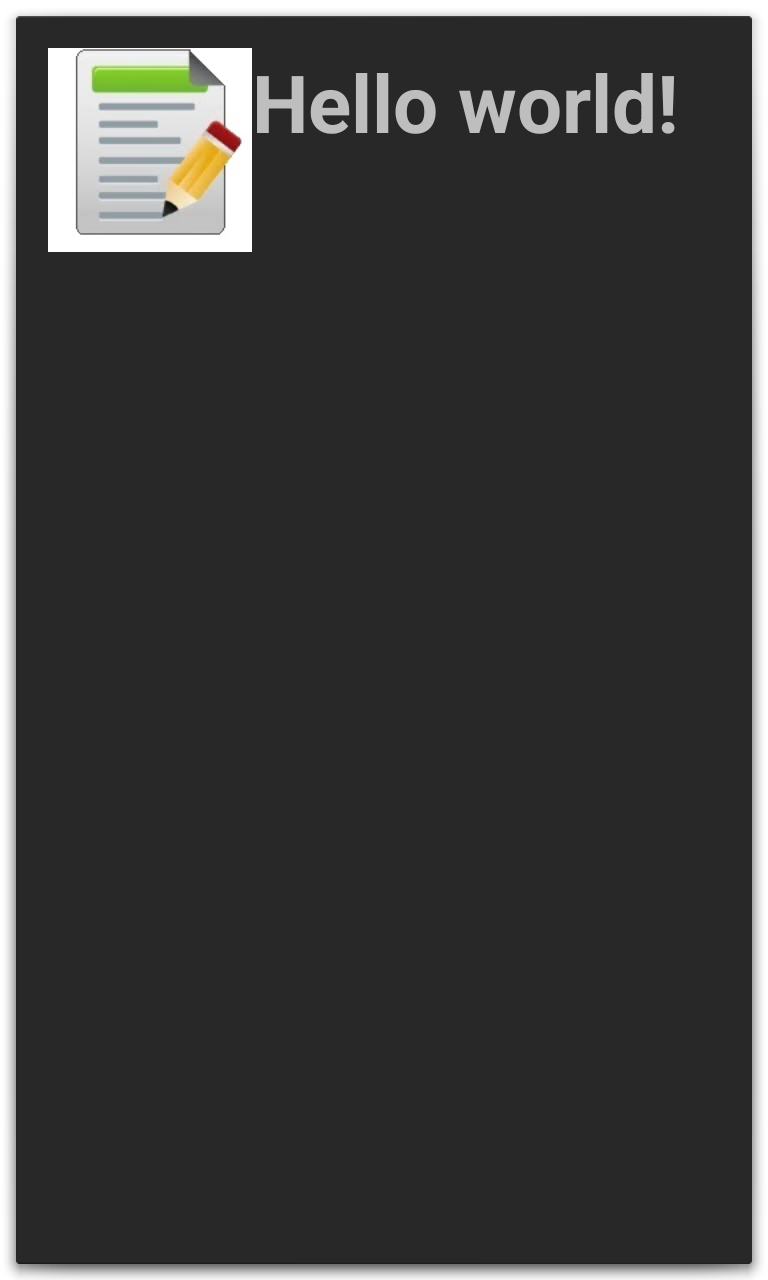
Repository: iptomar/letrinhas_documentacao
Layout: Letrinhas/APP/Prototipos/Letrinhas05/res/layout/resumo_submissoes.xml
These files come from the project's save history. The layout is drawn as it stood at one moment and after the next save; the edit follows.
It is drawn on a 768 x 1280 px phone screen (xhdpi) without system bars, with theme android:Theme.Holo.Dialog.NoActionBar; the app's code is not run.

Above is the layout before, as saved 2014-05-19 10:02:42.

### Letrinhas/APP/Prototipos/Letrinhas05/res/layout/resumo_submissoes.xml
<RelativeLayout xmlns:android="http://schemas.android.com/apk/res/android"
    xmlns:tools="http://schemas.android.com/tools"
    android:id="@+id/resSub"
    android:layout_width="match_parent"
    android:layout_height="match_parent"
    android:paddingBottom="@dimen/activity_vertical_margin"
    android:paddingLeft="@dimen/activity_horizontal_margin"
    android:paddingRight="@dimen/activity_horizontal_margin"
    android:paddingTop="@dimen/activity_vertical_margin"
    tools:context="com.letrinhas05.ResumoSubmissoes$PlaceholderFragment" >

    <TextView
        android:id="@+id/rSCabecalho"
        android:layout_width="wrap_content"
        android:layout_height="wrap_content"
        android:drawableLeft="@drawable/index"
        android:text="@string/hello_world"
        android:textSize="40sp"
        android:textStyle="bold" />

</RelativeLayout>

### Letrinhas/APP/Prototipos/Letrinhas05/res/values-sw600dp/dimens.xml
<resources>

    <!--
         Customize dimensions originally defined in res/values/dimens.xml (such as
         screen margins) for sw600dp devices (e.g. 7" tablets) here.
    -->
	<dimen name="activity_horizontal_margin">70dp</dimen>

</resources>

### Letrinhas/APP/Prototipos/Letrinhas05/res/values/strings.xml
<?xml version="1.0" encoding="utf-8"?>
<resources>

    <string name="app_name">Letrinhas05</string>
    <string name="entrar">Entrar</string>
    <string name="letrinhas">Letrinhas 0.5 </string>
    <string name="Recording">A gravar</string>
    <string name="start">Começar</string>
    <string name="stop">Parar</string>
    <string name="play">Ouvir</string>
    <string name="title_item_list">Items</string>
    <string name="title_item_detail">Item Detail</string>
    <string name="title_activity_escolhe_teste">Escolher Teste</string>
    <string name="action_settings">Settings</string>
    <string name="sair">sair</string>
    <string name="voltar">voltar</string>
    <string name="teste">Teste</string>
    <string name="title_activity_esc_modo">Escolher Modo do teste</string>
    <string name="escolhe_Modo">Escolher o Modo do teste a realizar</string>
    <string name="porAluno">Por Aluno</string>
    <string name="porProf">Por Professor</string>
    <string name="title_activity_leitura_texto">Leitura de Textos</string>
    <string name="title_activity_leitura_palavras">Leitura de Palavras</string>
    <string name="concetList">ConectList</string>
    <string name="title_activity_texto">Teste de texto</string>
    <string name="title_activity_teste_texto">Teste de texto</string>
    <string name="title_activity_teste__imagem">Teste de imagens</string>
    <string name="title_activity_teste__palavras">Teste de palavras</string>
    <string name="title_activity_teste__poema">Teste de poema</string>
    <string name="login_title">Login Screen</string>
    <string name="username">Username</string>
    <string name="password">Password</string>
    <string name="login">Login</string>
    <string name="title_activity_autenticacao">Autenticacao</string>
    <string name="min"></string>
    <string name="sec"></string>
    <string name="vacilar">Vacilações</string>
    <string name="fragment">Fragmentações</string>
    <string name="silabac">Silabações</string>
    <string name="repeti">Repetições</string>
    <string name="exepriment">experiência</string>
    <string name="menos">menos</string>
    <string name="mais">mais</string>
    <string name="espaco">"                        "</string>
    <string name="numer">20</string>
    <string name="pErrada">P. Erradas:</string>
    <string name="btnback">Voltar</string>
    <string name="title_activity_all__tests">Todos os Testes</string>
    <string name="btnMainAllTest">Todos os Testes</string>
    <string name="btnMainSendResult">Criar e enviar Resultado de Teste</string>
    <string name="btnSendResult">Enviar Resultado</string>
    <string name="title_activity_send__result_test">Enviar Resultado de Teste</string>
    <string name="lb_mainIpServidor">IP do Servidor:</string>
    <string name="mainPorta">Porta:</string>
    <string name="title_activity_receber_imagem">ReceberImagem</string>
    <string name="btnReceberImagem">Ver imagem da BD Profs</string>
    <string name="title_activity_reprod_audio">ReprodAudio</string>
    <string name="title_activity_main_bd">MainBD</string>
    <string name="pontErrada">Pontuação</string>
    <string name="PalavraErrada">Palavra Errada</string>
    <string name="CancelarSeleccao">Cancelar Seleccao</string>
    <string name="title_activity_resultado">Resultado</string>
    <string name="resultado">Resultado do teste</string>
    <string name="avancar">Avançar</string>
    <string name="act_BD">Atualizar a Base de Dados</string>
    <string name="title_activity_escolhe_escola">Escolher Escola</string>
    <string name="escola">escola</string>
    <string name="title_activity_escolhe_disciplina">Escolher disciplina</string>
    <string name="ano">ano</string>
    <string name="title_activity_escolhe_aluno">Escolher Aluno</string>
    <string name="aluno">Aluno</string>
    <string name="title_activity_escolhe_professor">Escolher Professor</string>
    <string name="professor">Professor</string>
    <string name="nomeTeste">Nome do teste</string>
    <string name="tempoLeitura">Tempo de leitura</string>
    <string name="expressividade">Expressividade</string>
    <string name="ritmo">Ritmo</string>
    <string name="nota">Nota</string>
    <string name="perguntaImagem">perguntaImagem</string>
    <string name="title_activity_custom">Custom</string>
    <string name="portugues">Português</string>
    <string name="ingles">Inglês</string>
    <string name="estMeio">Estudo do meio</string>
    <string name="matematica">Matemática</string>
    <string name="escolheDisciplina">Escolhe a disciplina</string>
    <string name="agrupamento">Agrupamento Artur Gonçalves</string>
    <string name="escProfessor">Escolher professor</string>
    <string name="title_activity_escolhe_turma">Escolher Turma</string>
    <string name="hello_world">Hello world!</string>
    <string name="escolherTurma">Escolher Turma</string>
    <string name="escolherAluno">Escolher Aluno</string>
    <string name="escolherModo">Escolher modo</string>
    <string name="realizarTeste">Realizar teste(s)</string>
    <string name="corrigirTeste">Corrigir teste(s)</string>
    <string name="title_activity_escolhe_tipo_teste">Escolher Tipo de Teste</string>
    <string name="escolheTipoTeste">Escolher Tipo de Teste</string>
    <string name="demo">Demo</string>
    <string name="iniciar">Iniciar</string>
    <string name="ExemploTexto">Alfabetização\n
        A alfabetização consiste no aprendizado do alfabeto e de sua utilização como código de comunicação. De um modo mais abrangente, a alfabetização é definida como um processo no qual o indivíduo constrói a gramática e em suas variações. Esse processo não se resume apenas na aquisição dessas habilidades mecânicas (codificação e decodificação) do acto de ler, mas na capacidade de interpretar, compreender, criticar, resignificar e produzir conhecimento.1 Todas essas capacidades citadas anteriormente só serão concretizadas se os alunos tiverem acesso a todos os tipos de portadores de textos. O aluno precisa encontrar os usos sociais da leitura e da escrita.2 A alfabetização envolve também o desenvolvimento de novas formas de compreensão e uso da linguagem de uma maneira geral.\n
        A alfabetização de um indivíduo promove sua socialização, já que possibilita o estabelecimento de novos tipos de trocas simbólicas com outros indivíduos, acesso a bens culturais e a facilidades oferecidas pelas instituições sociais. A alfabetização é um fator propulsor do exercício consciente da cidadania e do desenvolvimento da sociedade como um todo.\n
        A incapacidade de ler e escrever é denominada analfabetismo, enquanto que a incapacidade de interpretar textos simples é chamada analfabetismo funcional ou semianalfabetismo.</string>
    <string name="ExemploPoema">    Ó lua que vais tão alta,\n
Redonda como um tamanco!\n
Ó Maria, traz cá a escada,\n
Que eu não chego lá com um banco.\n
\n
A minha mãe fez um bolo de alfazema.\n
Pedi-lhe uma fatia, e ela deu-ma!\n
\n
Da minha casa à tua\n
vai uma grande distância,\n
Cuidado pelo caminho, \n
não vás escorregar numa casaca de melância!\n
\n
 o meu nome é dionísio\n
pediram-me para fazer um poema, e fízi-o.\n
</string>
    <string name="title_activity_listar_submissoes">Listar Submissoes</string>
    <string name="corrigirSubmisoes">Escolher testes a corrigir</string>
    <string name="cancel">cancelar</string>
    <string name="title_activity_resumo_submissoes">Resumo Submissoes</string>

</resources>

Loaded but not shown: Letrinhas/APP/Prototipos/Letrinhas05/res/values/dimens.xml (common file); Letrinhas/APP/Prototipos/Letrinhas05/res/values-w820dp/dimens.xml (common file)

After the next save:
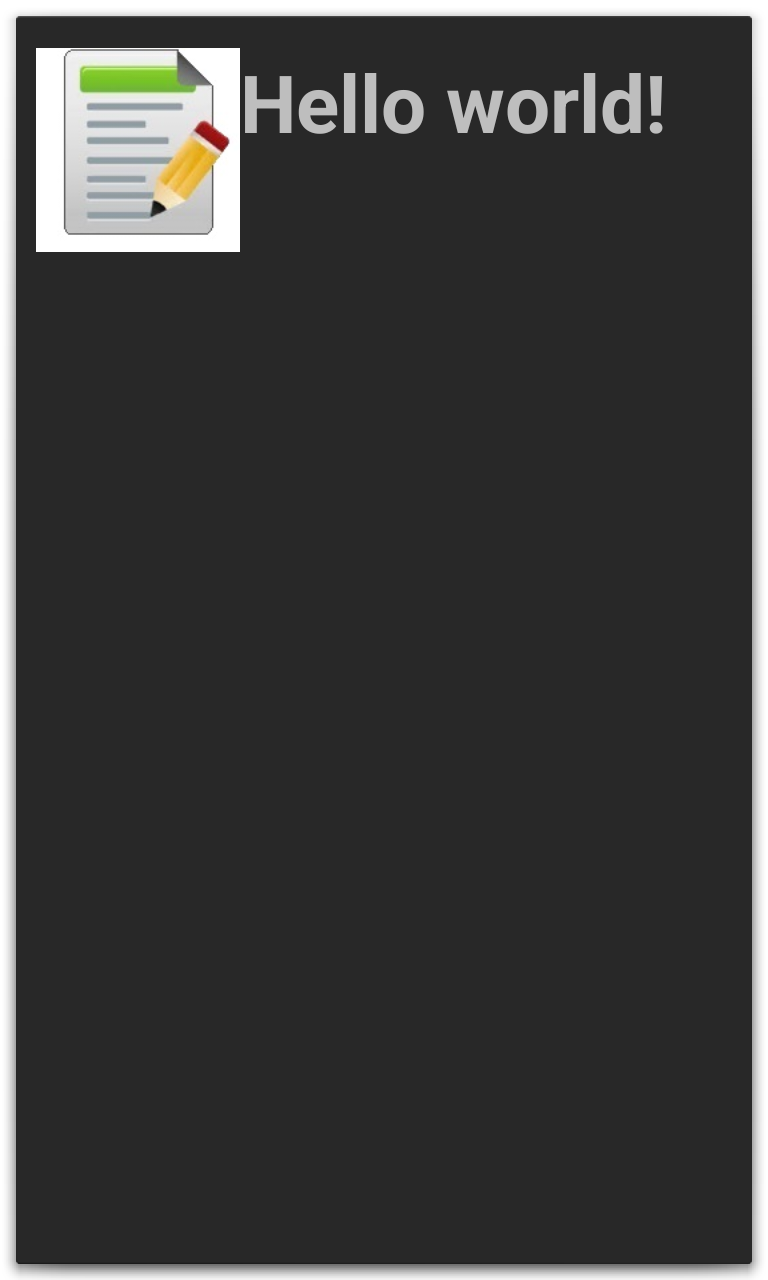
Saved 51 s later.
--- a/Letrinhas/APP/Prototipos/Letrinhas05/res/layout/resumo_submissoes.xml
+++ b/Letrinhas/APP/Prototipos/Letrinhas05/res/layout/resumo_submissoes.xml
@@ -4,10 +4,10 @@
     android:layout_width="match_parent"
     android:layout_height="match_parent"
     android:paddingBottom="@dimen/activity_vertical_margin"
-    android:paddingLeft="@dimen/activity_horizontal_margin"
-    android:paddingRight="@dimen/activity_horizontal_margin"
+    android:paddingLeft="10sp"
+    android:paddingRight="10sp"
     android:paddingTop="@dimen/activity_vertical_margin"
-    tools:context="com.letrinhas05.ResumoSubmissoes$PlaceholderFragment" >
+    tools:context="com.letrinhas05.ResumoSubmissoes" >
 
     <TextView
         android:id="@+id/rSCabecalho"
